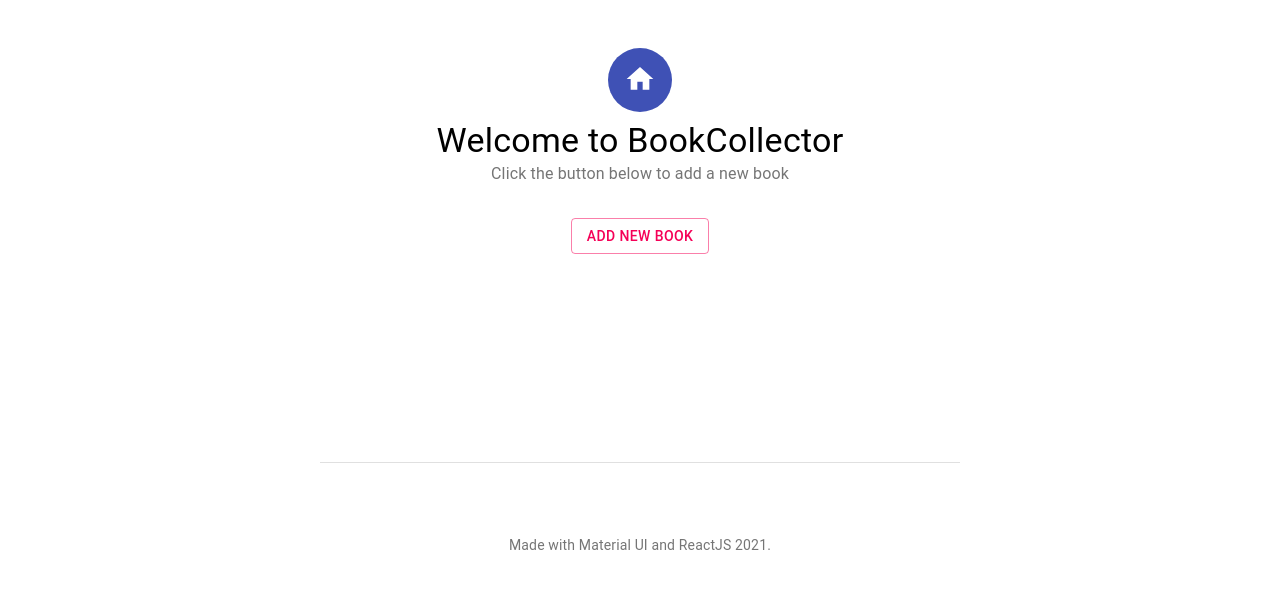
Repository: Colo-Codes/mini-project-react-book-collector
Page: /
The author's editor kept a copy of each file at every save. The page is drawn from the files as they stood at one save, then again after the next save.
The browser window is 1280 px wide. The pictures show the whole page.
The project was rebuilt for these pictures with package versions that can differ from the ones it lists, and the page was loaded fresh each time. Also part of the build but not shown: src/UI/ErrorDialog.js, src/Books/AddBookForm.js, src/Books/BooksGridItem.js.

Above is the page before, as saved 2021-08-25 17:35:13.

After the next save:
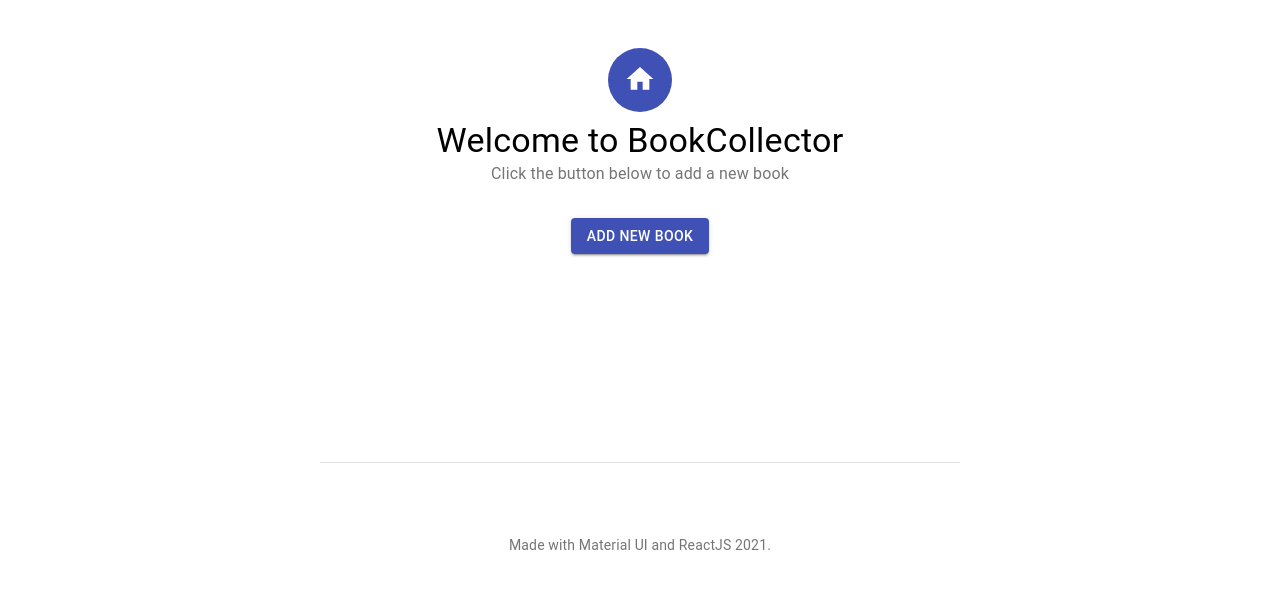
Saved 18 s later.
--- a/src/App.js
+++ b/src/App.js
@@ -62,7 +62,7 @@ function App() {
       <header className={classes.paper}>
         {showAddBookForm && <AddBookForm onNewBook={newBookHandler} onHideForm={hideFormHandler} />} {/* Conditional Rendering */}
         {!showAddBookForm && <Header headerIcon={<Home className={classes.icon} />} headerContent={'Welcome to BookCollector'} textContent={'Click the button below to add a new book'} />} {/* Conditional Rendering */}
-        {!showAddBookForm && <Button variant="outlined" color="secondary" onClick={addNewBookHandler} className={classes.button} >Add new book</Button>} {/* Conditional Rendering */}
+        {!showAddBookForm && <Button variant="contained" color="primary" onClick={addNewBookHandler} className={classes.button} >Add new book</Button>} {/* Conditional Rendering */}
       </header>
       <Divider className={classes.divider} variant="middle" />
       <main>
